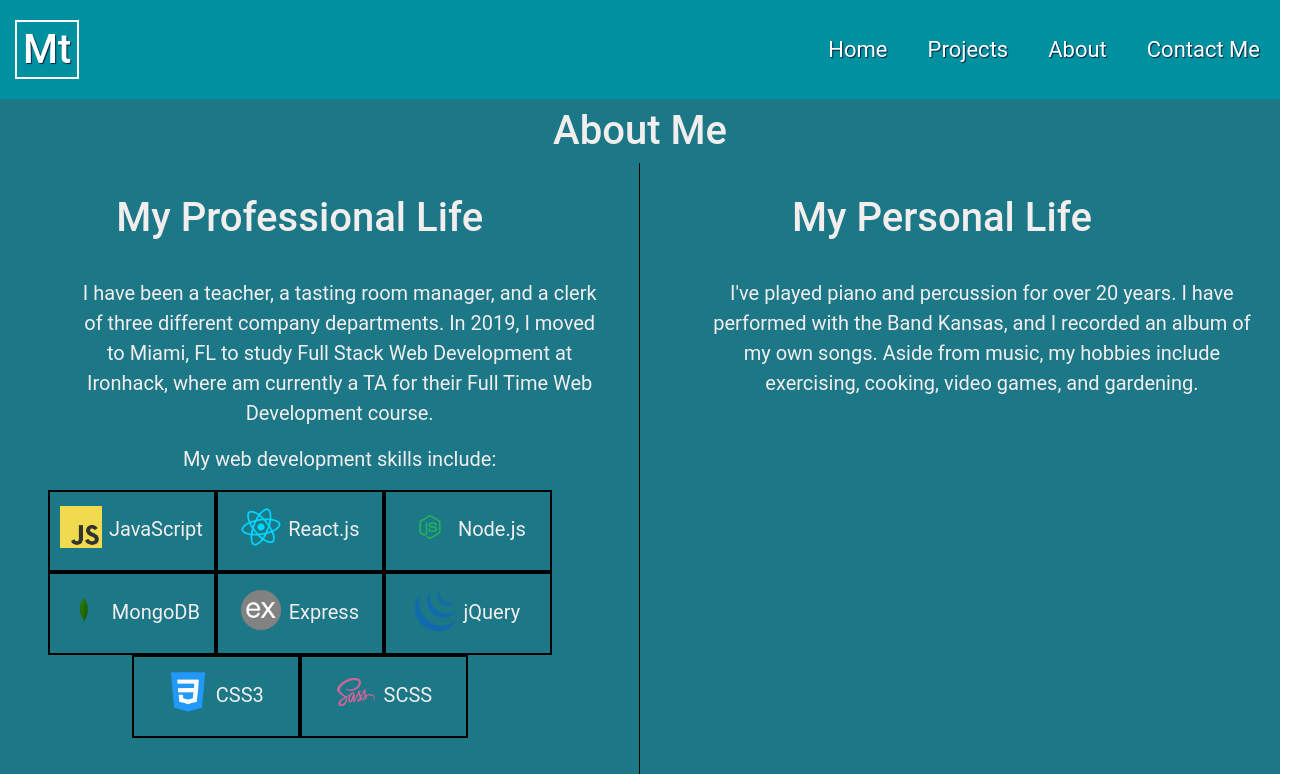
Repository: MikeTroianello/troianello
Page: /about
The author's editor kept a copy of each file at every save. The page is drawn from the files as they stood at one save, then again after the next save.
The browser window is 1280 px wide. The page is 1295 px wide, so the pictures cover 1295 px, including what lies to the right of the window. The pictures show the whole page.
The project was rebuilt for these pictures with package versions that can differ from the ones it lists, and the page was loaded fresh each time. Also part of the build but not shown: src/components/context-sensitive/Greet.js, src/components/locations/Home.js, src/components/cards/RainbowDay.js, src/components/cards/CanvasBubbles.js, src/components/cards/projectCard.css, src/components/cards/projectCardMobile.css, src/components/cards/ProjectCard.js, src/components/locations/Projects.js and 2 more.

Above is the page before, as saved 2019-08-01 14:58:48.

After the next save:
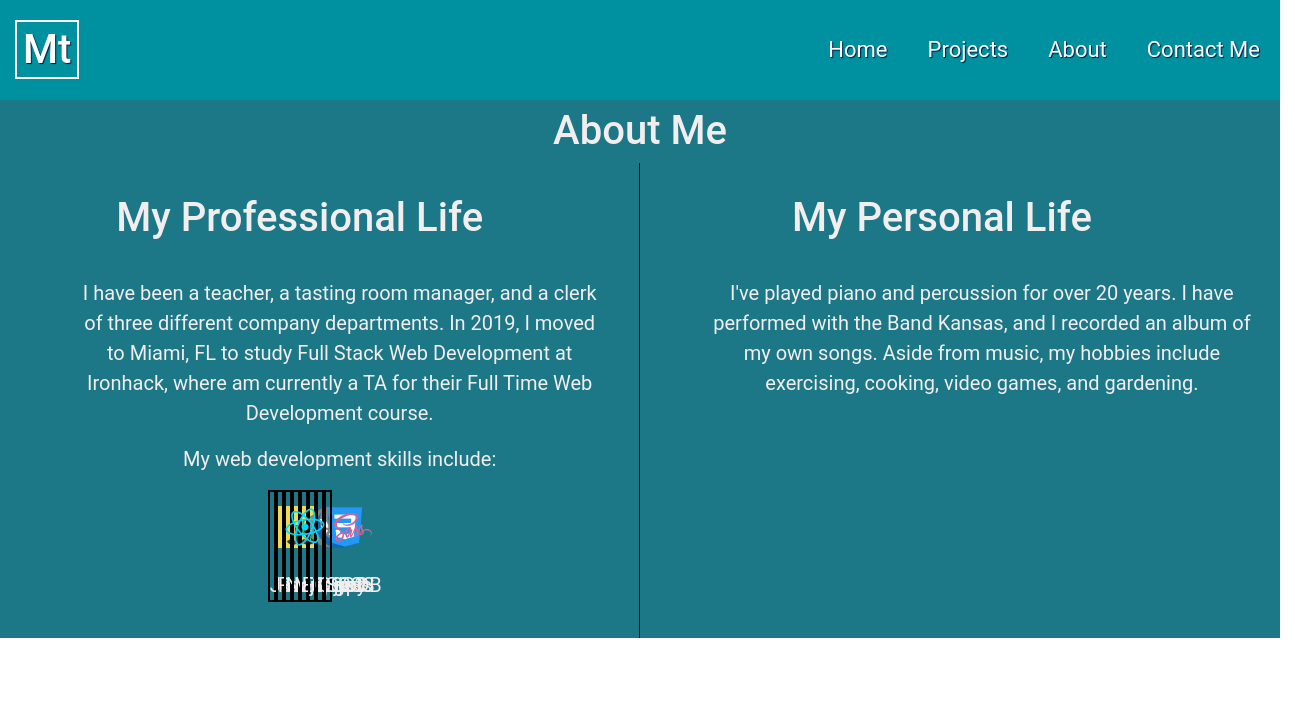
Saved 47 s later.
--- a/src/App.css
+++ b/src/App.css
@@ -47,7 +47,7 @@
   position: fixed;
   top: 0;
   width: 100%;
-  /* height: 100px; CHANGE */
+  height: 100px;
   z-index: 1;
   transition: all 0.5s;
 }
@@ -87,7 +87,7 @@
 
 .home-top {
   background-color: #0091a0;
-  /* height: 65vh; CHANGE */
+  height: 65vh;
   width: 100%;
   transform: skewY(-5deg);
   margin-top: -5vh;
@@ -156,7 +156,7 @@
 }
 
 .home-fade1 {
-  /* height: 2vh; CHANGE */
+  height: 2vh;
   width: 100%;
   background-color: #a2d7dc;
   transform: skewY(-5deg);
@@ -164,14 +164,14 @@
 }
 
 .home-fade2 {
-  /* height: 1vh; CHANGE */
+  height: 1vh;
   width: 100%;
   background-color: #e1e3e5;
   /* margin-top: -1vh; */
 }
 
 .home-about {
-  /* height: 105vh; CHANGE */
+  height: 105vh;
   background: url('./components/images/pics/album-pics/thumbnail-3.jpg')
     no-repeat;
   background-size: 100% auto;
@@ -189,7 +189,7 @@
 .home-projects {
   font-size: 2em;
   padding-top: 1em;
-  /* height: 110vh; CHANGE */
+  height: 110vh;
 }
 
 .home-projects h1 {
@@ -205,7 +205,7 @@
 }
 
 .home-contact {
-  /* height: 50vh; CHANGE */
+  height: 50vh;
 }
 
 .home-contact h1 {
@@ -280,7 +280,7 @@
 .contact-page {
   background-color: #1c7787;
   color: var(--off-white);
-  /* height: 101.8vh; CHANGE */
+  height: 101.8vh;
   overflow: hidden;
   margin-top: -3em;
   padding-top: 3em;
@@ -442,7 +442,7 @@
 .about-skills-individual {
   border: 2px solid black;
   font-size: 1em;
-  width: 168px;
+  width: 8px;
 }
 
 .about-skills-name {
@@ -456,7 +456,7 @@
 }
 
 .mongo {
-  /* height: 63px; CHANGE */
+  height: 63px;
   width: 79px;
   margin: -12px -23px -3px;
   padding: 0;

After the save that followed:
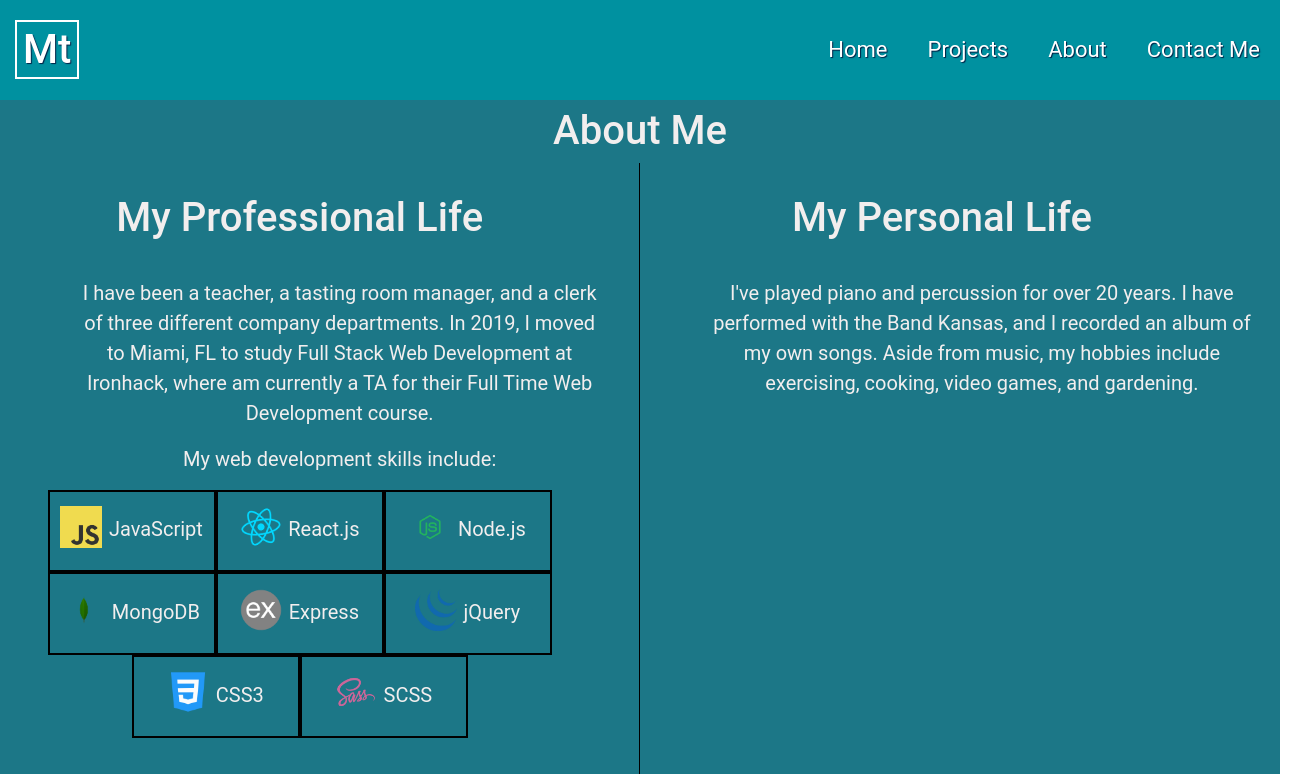
Saved 7 s later.
--- a/src/App.css
+++ b/src/App.css
@@ -442,7 +442,7 @@
 .about-skills-individual {
   border: 2px solid black;
   font-size: 1em;
-  width: 8px;
+  width: 168px;
 }
 
 .about-skills-name {
